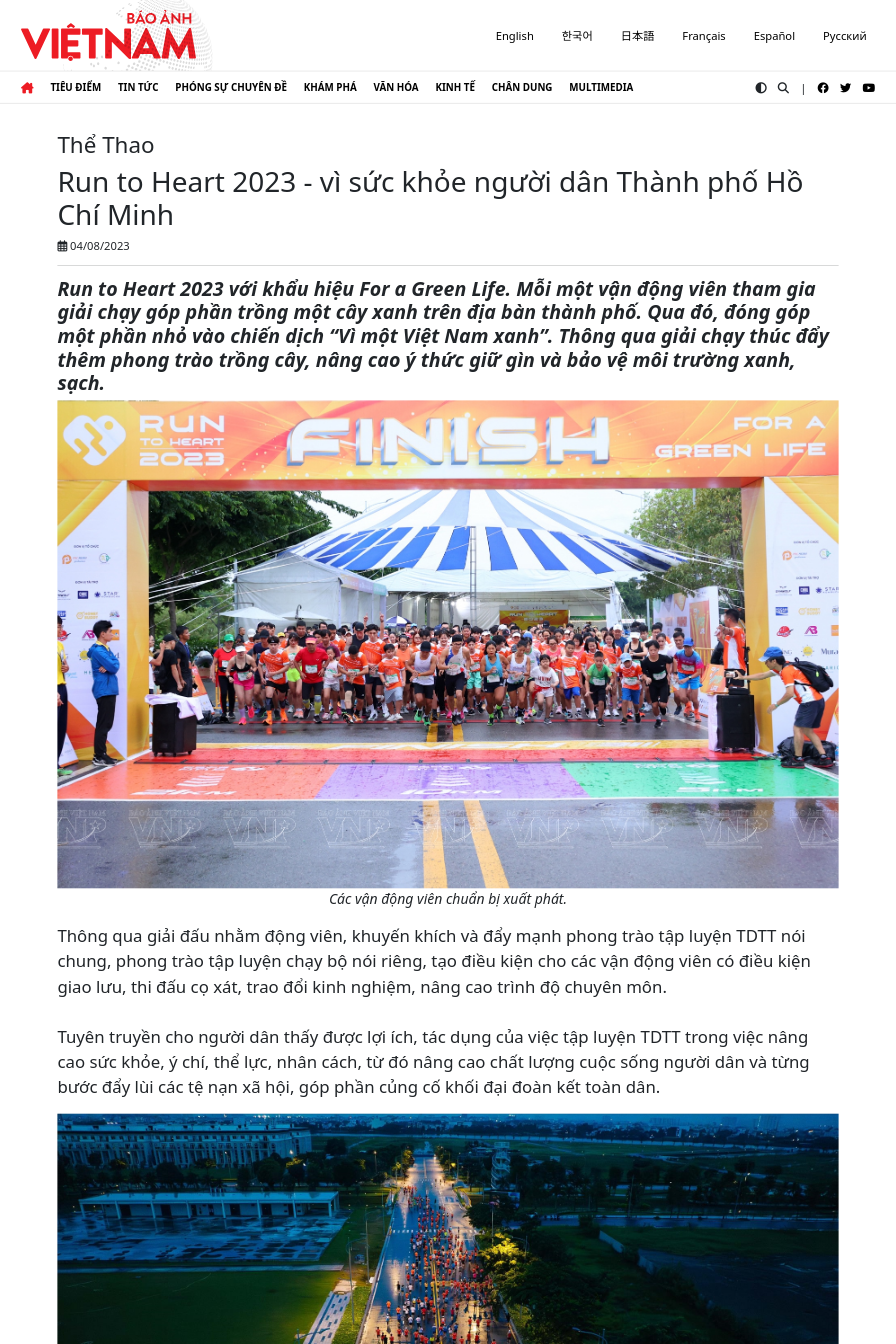
Repository: kietdotshp/webtintuc
Page: Detail.html
These files come from the project's save history. The page is drawn as it stood at one moment and after a run of saves; the edit follows.
The browser window is 1280 px wide. The pictures show the part of the page from y = 0 to 1920 px (the page is 9599 px tall before and 7622 px after), at 70% of full size.
Some web libraries are served in a nearby version.

Above is the page before, as saved 2023-08-10 17:23:16.

After the next 3 saves:
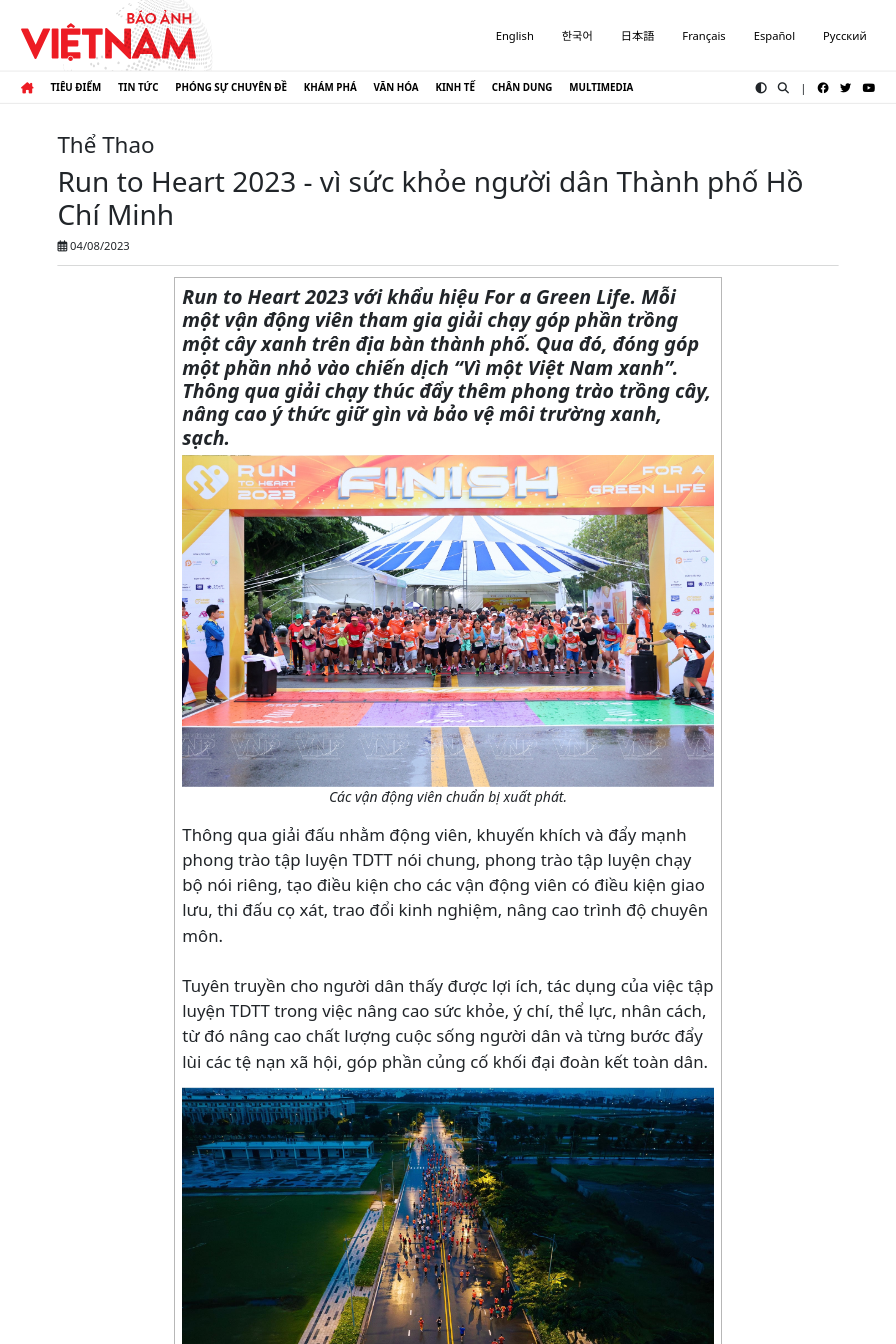
The 3 saves are shown as one change because they came seconds apart.
The last was saved 26 s later.
--- a/Detail.html
+++ b/Detail.html
@@ -107,7 +107,7 @@
             </div>
             <hr />
         </div>
-        <div>
+        <div class="smaller">
             <div>
                 <h3>
                     <span class="title">Run to Heart 2023 với khẩu hiệu For a Green Life.
